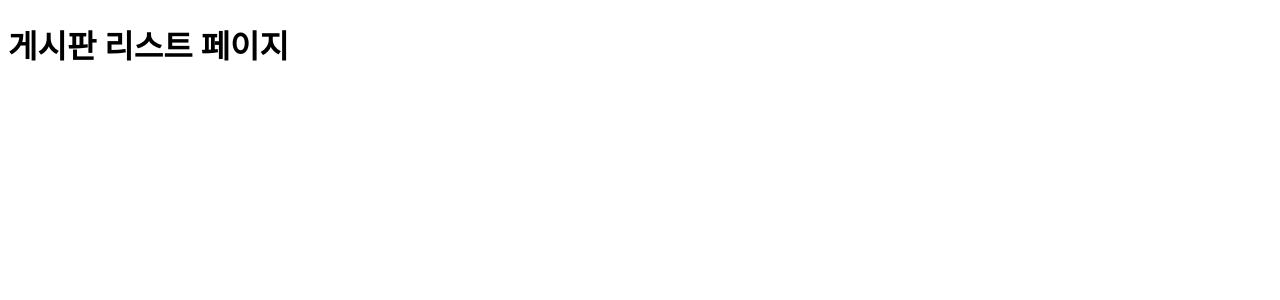
Repository: juhyun98/Spring
Page: http://localhost/SpringMVC01/boardList.do
An editor plug-in stored every save of this project. The page is shown before and after the next save, followed by the edit.
The browser window is 1280 px wide. The pictures show the whole page.
The page is served by Tomcat 9. Other server files are loaded and not shown.

Above is the page before, as saved 2023-09-05 01:29:24.

### SpringMVC01/src/main/webapp/WEB-INF/views/boardList.jsp
<%@ page language="java" contentType="text/html; charset=UTF-8"
    pageEncoding="UTF-8"%>
<!DOCTYPE html>
<html>
<head>
<meta charset="UTF-8">
<title>Insert title here</title>
</head>
<body>
	<h1>게시판 리스트 페이지</h1>
</body>
</html>

After the next save:
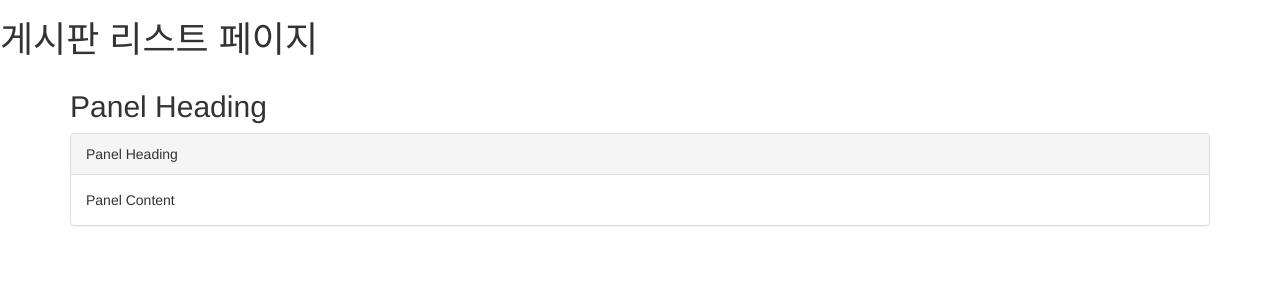
Saved 14 min 1 s later.
--- a/SpringMVC01/src/main/webapp/WEB-INF/views/boardList.jsp
+++ b/SpringMVC01/src/main/webapp/WEB-INF/views/boardList.jsp
@@ -1,12 +1,25 @@
 <%@ page language="java" contentType="text/html; charset=UTF-8"
-    pageEncoding="UTF-8"%>
+	pageEncoding="UTF-8"%>
 <!DOCTYPE html>
 <html>
 <head>
 <meta charset="UTF-8">
+<link rel="stylesheet"
+	href="https://maxcdn.bootstrapcdn.com/bootstrap/3.4.1/css/bootstrap.min.css">
+<script
+	src="https://ajax.googleapis.com/ajax/libs/jquery/3.6.4/jquery.min.js"></script>
+<script
+	src="https://maxcdn.bootstrapcdn.com/bootstrap/3.4.1/js/bootstrap.min.js"></script>
 <title>Insert title here</title>
 </head>
 <body>
 	<h1>게시판 리스트 페이지</h1>
+	<div class="container">
+  <h2>Panel Heading</h2>
+  <div class="panel panel-default">
+    <div class="panel-heading">Panel Heading</div>
+    <div class="panel-body">Panel Content</div>
+  </div>
+</div>
 </body>
 </html>
